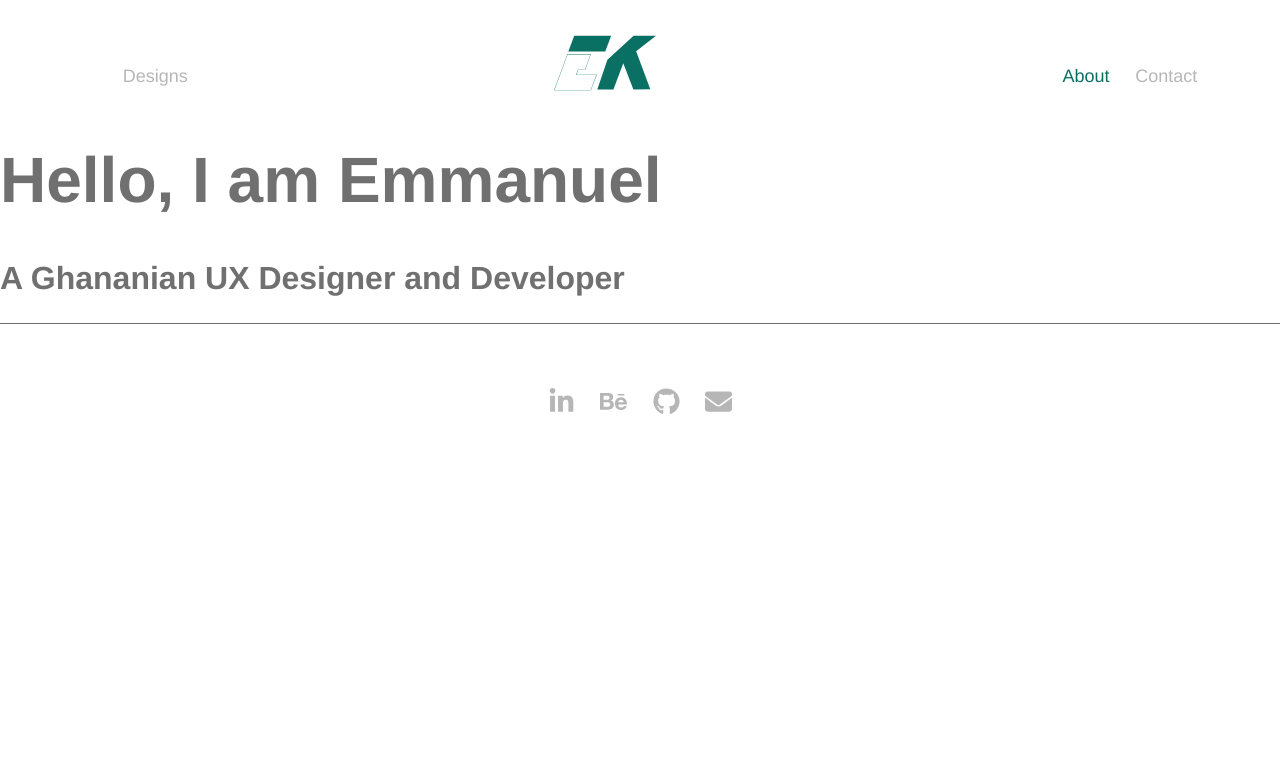
Repository: Kudom-E/Kudom-E.github.io
Page: /#/about
The author's editor kept a copy of each file at every save. The page is drawn from the files as they stood at one save, then again after the next save.
The browser window is 1280 px wide. The pictures show the whole page.
The project was rebuilt for these pictures with package versions that can differ from the ones it lists, and the page was loaded fresh each time. Also part of the build but not shown: next.config.js, src/Pages/Home/Home.js, src/Pages/Pages.css, src/Pages/Splash/Splash.js, src/Pages/Contact/Contact.js, src/Pages/Project/Project.js, src/Pages/Project/Second.js, src/Pages/Project/Third.js and 1 more.

Above is the page before, as saved 2022-04-03 04:02:46.

After the next save:
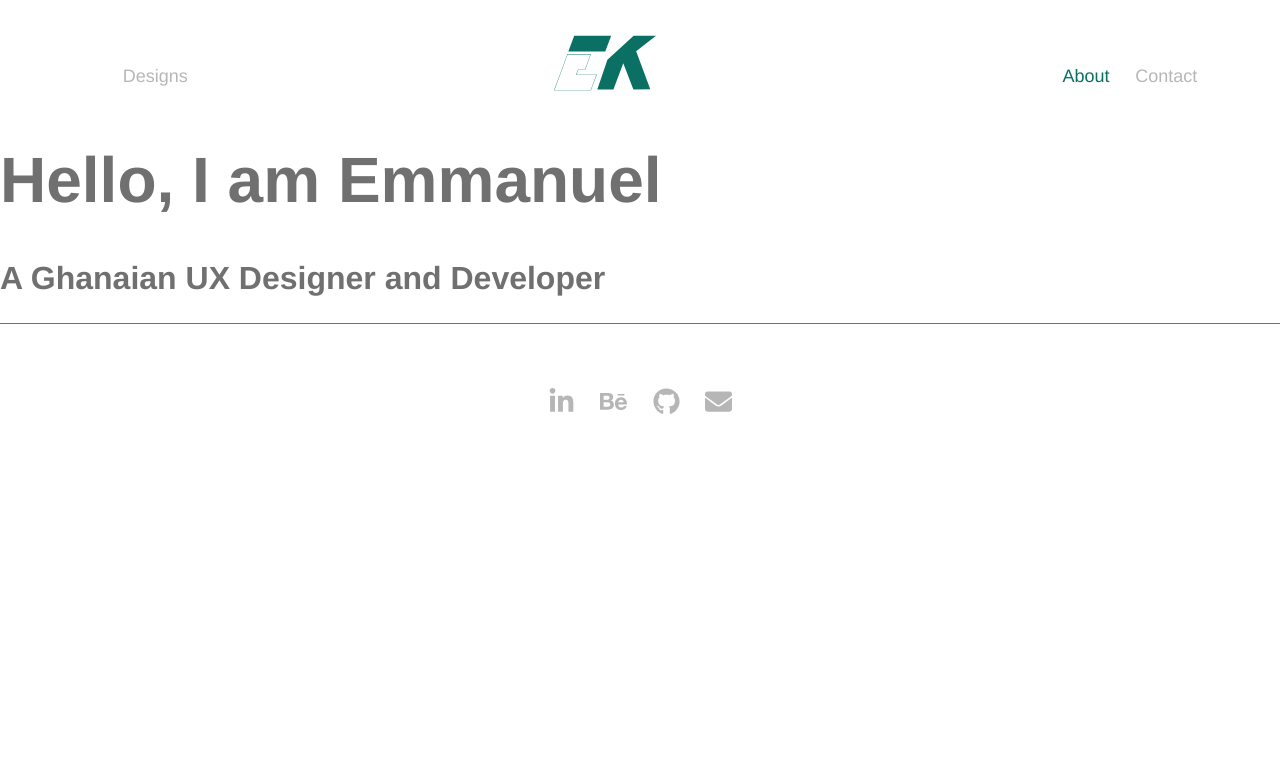
Saved 28 s later.
--- a/src/Pages/About/About.js
+++ b/src/Pages/About/About.js
@@ -4,7 +4,7 @@
   return (
     <div>
       <h1>Hello, I am Emmanuel</h1>
-      <h2> A Ghananian UX Designer and Developer</h2>
+      <h2> A Ghanaian UX Designer and Developer</h2>
     </div>
   )
 }
